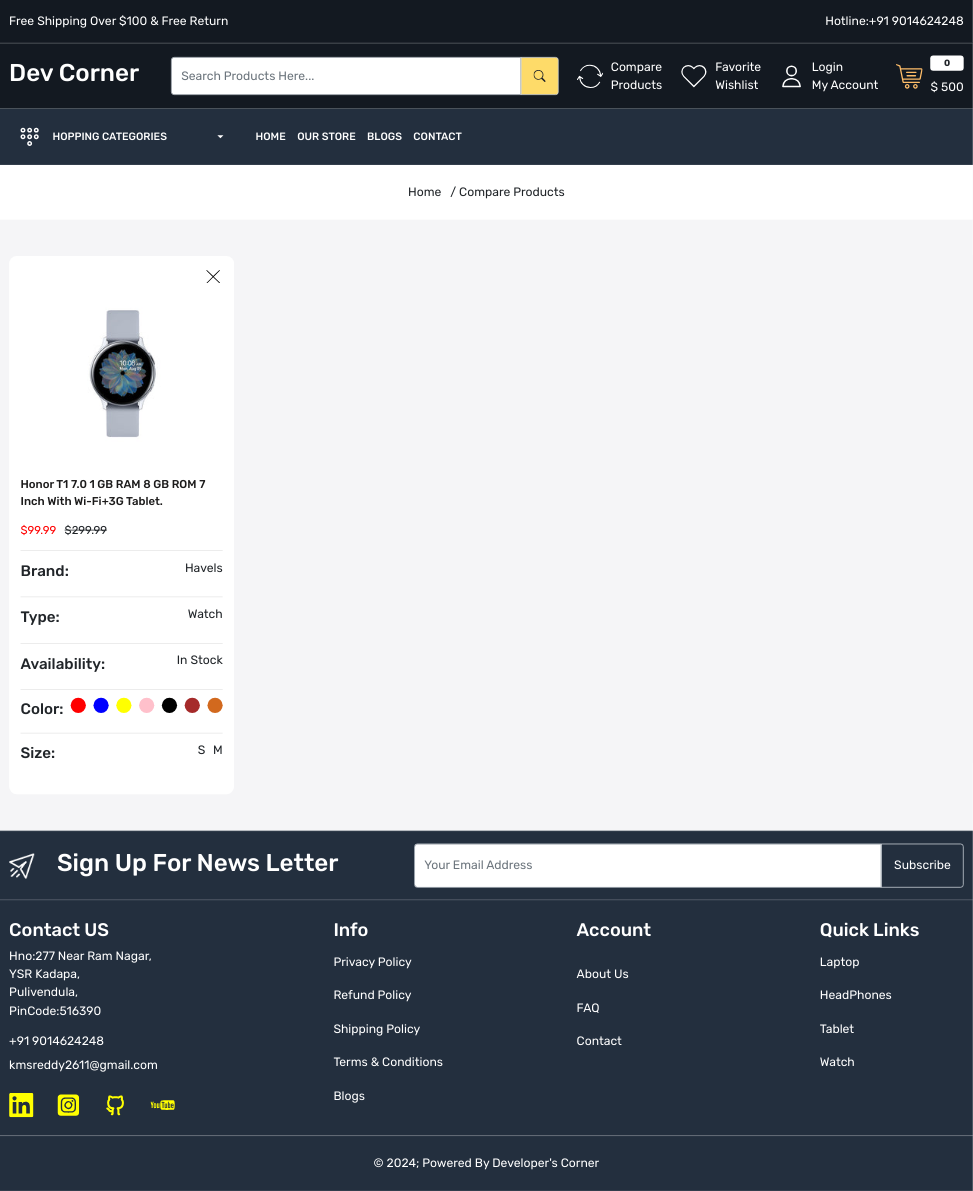
Repository: maniheist/ecommerce-app
Page: /compare-product
These files come from the project's save history. The page is drawn as it stood at one moment and after the next save; the edit follows.
The browser window is 1280 px wide. The pictures show the whole page, at 76% of full size.
The project was rebuilt for these pictures with package versions that can differ from the ones it lists, and the page was loaded fresh each time. Also part of the build but not shown: src/components/BlogCard.js, src/components/ProductCard.js, src/components/SpecialProduct.js, src/pages/Home.js, src/pages/About.js, src/pages/Contact.js, src/pages/OurStore.js, src/pages/Blog.js.

Above is the page before, as saved 2024-02-19 22:57:52.

After the next save:
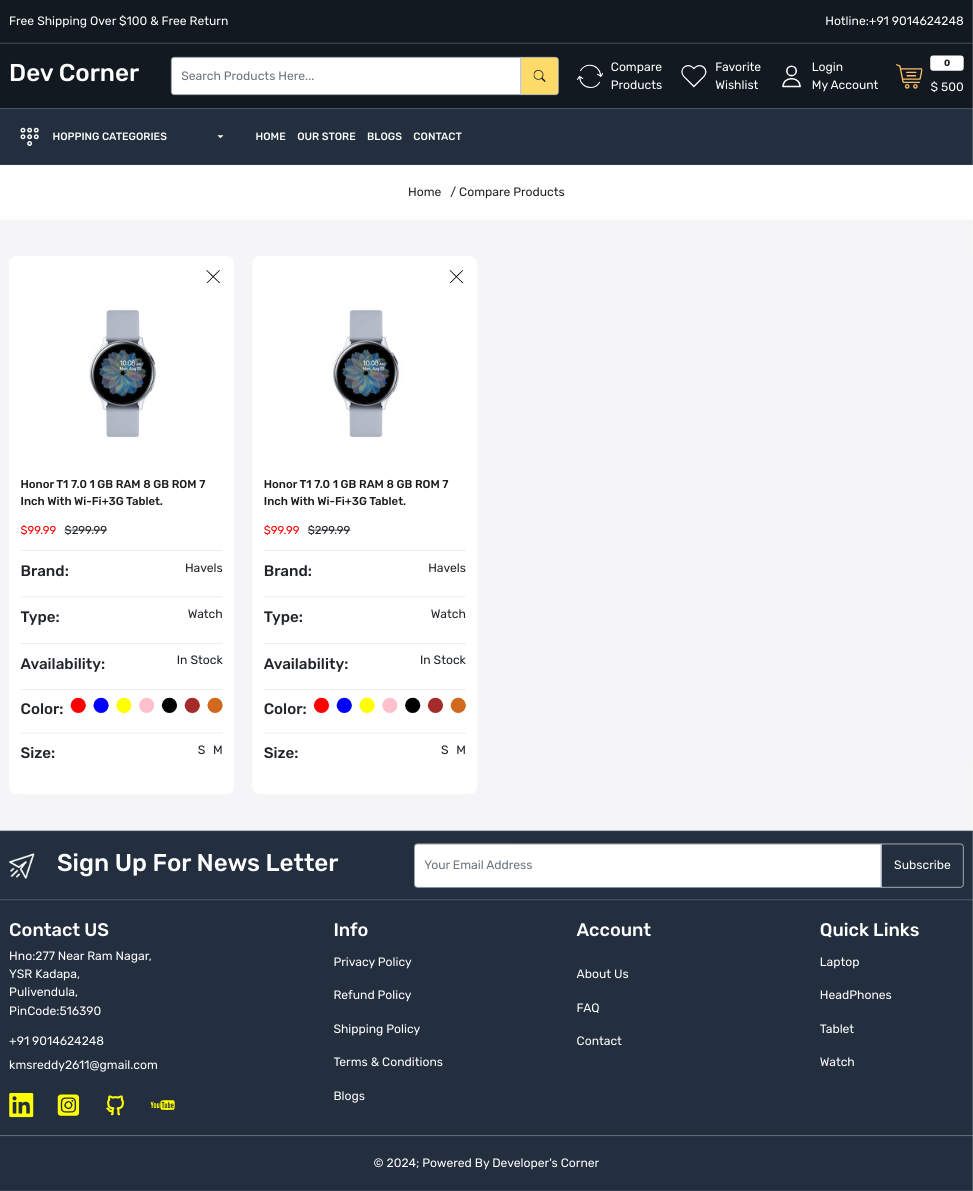
Saved 76 s later.
--- a/src/pages/CompareProduct.js
+++ b/src/pages/CompareProduct.js
@@ -54,6 +54,51 @@
                         </div>
                     </div>
                 </div>
+                <div className='col-3'>
+                    <div className='compare-product-card position-relative'>
+                    <img src='images/cross.svg' alt='cross' className='position-absolute cross img-fluid' />
+                        <div className='product-card-image'>
+                            <img src='images/watch.jpg' alt='watch'/>
+                        </div>
+                        <div className='compare-product-details'>
+                            <h5 className='title'>
+                                Honor T1 7.0 1 GB RAM 8 GB ROM 7 Inch With Wi-Fi+3G Tablet.
+                            </h5>
+                            <h6 className='price mb-3 mt-3'><span style={{"color":"red"}}>$99.99</span> &nbsp; <strike>$299.99</strike></h6>
+
+                            <div>
+                                <div className='product-detail'>
+                                <h5>Brand:</h5>
+                                <p>Havels</p>
+
+                                </div>
+                                <div className='product-detail'>
+                                <h5>Type:</h5>
+                                <p>Watch</p>
+
+                                </div>
+                                <div className='product-detail'>
+                                <h5>Availability:</h5>
+                                <p>In Stock</p>
+
+                                </div>
+                                <div className='product-detail'>
+                                <h5>Color:</h5>
+                                <Color />
+
+                                </div>
+                                <div className='product-detail'>
+                                <h5>Size:</h5>
+                                <div className='d-flex gap-10'>
+                                    <p>S</p>
+                                    <p>M</p>
+                                </div>
+
+                                </div>
+                            </div>
+                        </div>
+                    </div>
+                </div>
             </div>
         </div>
     </div>
